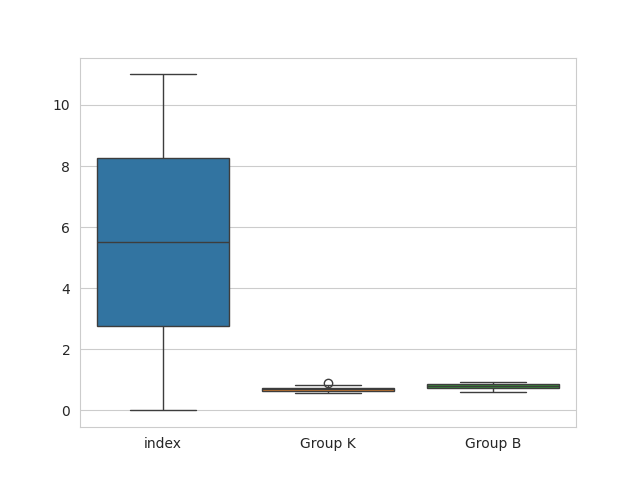
Repository: Kristina-Pianykh/DataScience
Script's output: python Uebungsblatt3/aufgabe2.py
These files come from the project's save history. The script's output is drawn as it stood at one moment and after the next save; the edit follows.
Random numbers start from a fixed seed.

Above is the script's output before, as saved 2022-06-09 23:10:06.

### Uebungsblatt3/aufgabe2.py
import matplotlib.pyplot as plt
import numpy as np
import pandas as pd
import seaborn as sns
from scipy import stats

B = np.array([0.61, 0.79, 0.83, 0.66, 0.94, 0.78, 0.81, 0.60, 0.88, 0.90, 0.75, 0.86])
K = np.array([0.70, 0.58, 0.64, 0.70, 0.69, 0.80, 0.71, 0.63, 0.82, 0.60, 0.91, 0.59])


B_k2, B_p = stats.normaltest(B)
K_k2, K_p = stats.normaltest(K)
print(f"p-value for B: {B_p}")
print(f"p-value for K: {K_p}")

alpha = 0.05
# if p < alpha:  # null hypothesis: x comes from a normal distribution
#     print("The null hypothesis can be rejected")
# else:
#     print("The null hypothesis cannot be rejected")

t, p = stats.ttest_ind(B, K, equal_var=False, alternative="greater")
print(f"t statistic : {round(t, 4)}")
print(f"p-value : {round(p, 4)}")

# fig, axs = plt.subplots(1, 2)
# axs[0, 0].boxplot(B)

# plt.boxplot(B)
# fig = plt.figure()
# plt.boxplot(K, labels=["Control group K"])
# fig = plt.figure(figsize=(10.0, 7.0))
# plt.show()

data = pd.DataFrame({"Group K": K, "Group B": B})
data = data.reset_index()
print(data)
sns.set_style("whitegrid")
sns.boxplot(data=data)
plt.show()

After the next save:
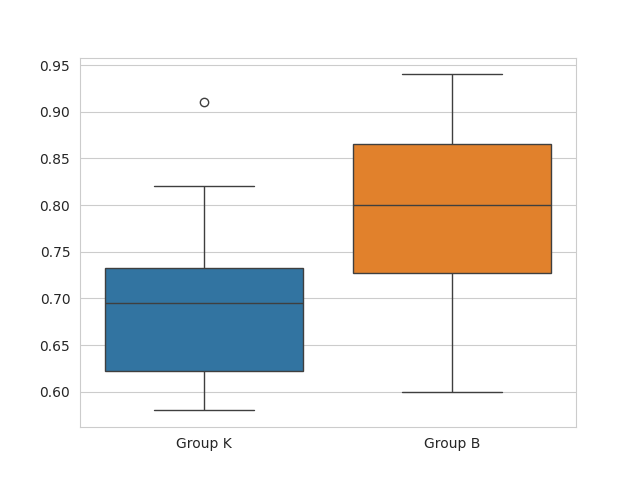
Saved 35 s later.
--- a/Uebungsblatt3/aufgabe2.py
+++ b/Uebungsblatt3/aufgabe2.py
@@ -33,7 +33,7 @@ print(f"p-value : {round(p, 4)}")
 # plt.show()
 
 data = pd.DataFrame({"Group K": K, "Group B": B})
-data = data.reset_index()
+print(data.index.name)
 print(data)
 sns.set_style("whitegrid")
 sns.boxplot(data=data)
